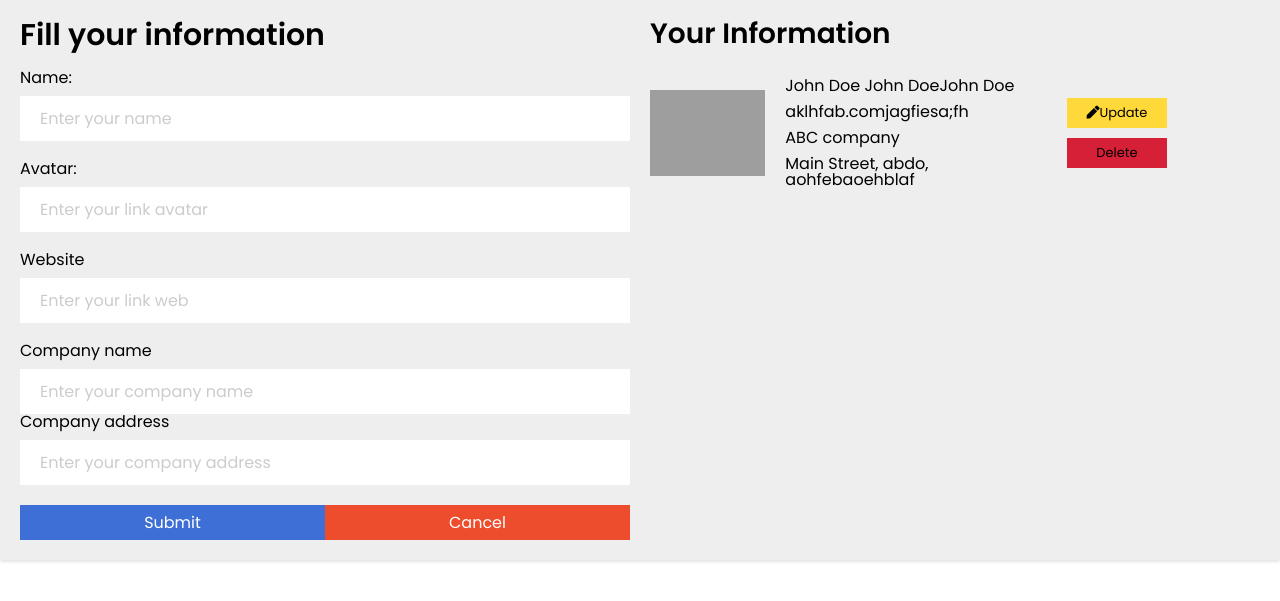
Repository: nttthao9/management
Page: index.html
An editor plug-in stored every save of this project. The page is shown before and after the next save, followed by the edit.
The browser window is 1280 px wide. The pictures show the whole page.
Pictures or frames that could not be fetched are drawn as grey boxes. Some web libraries are served in a nearby version.

Above is the page before, as saved 2021-10-13 11:38:50.

After the next save:
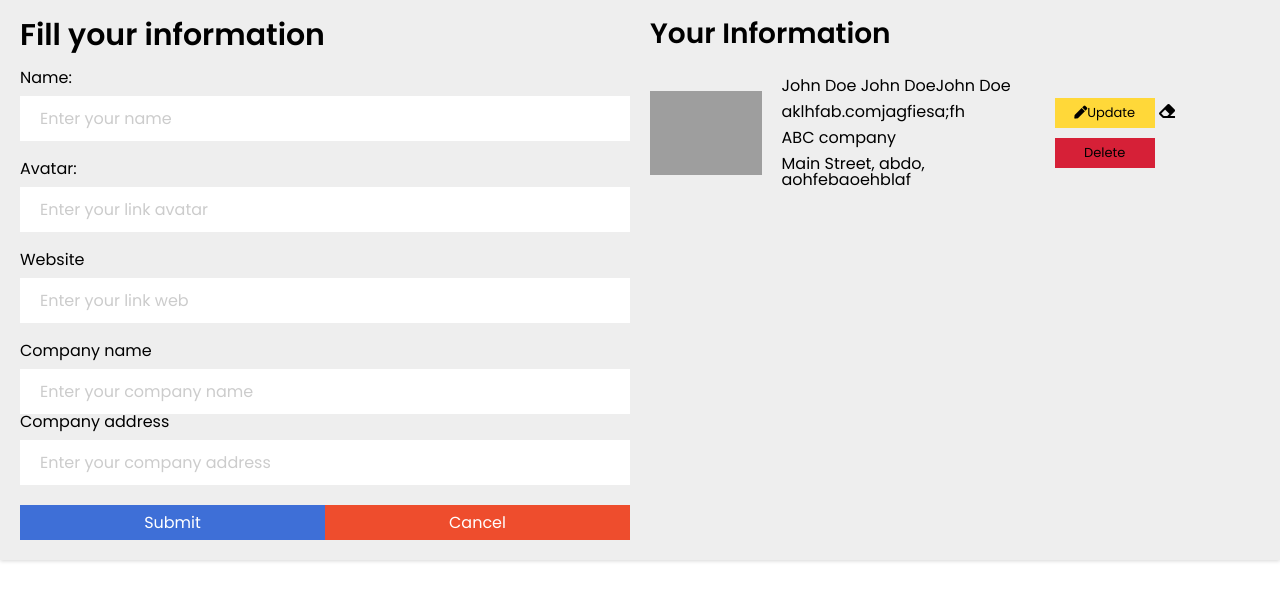
Saved 3 min 26 s later.
--- a/index.html
+++ b/index.html
@@ -60,6 +60,7 @@
             <div class="button">
               <button type="submit" class="btn btn-update">
                 <i class="fas fa-pen"></i>Update</button>
+              <i class="fas fa-eraser"></i>
               <button type="submit" class=" btn btn-delete">Delete</button>
             </div>
           </div>
